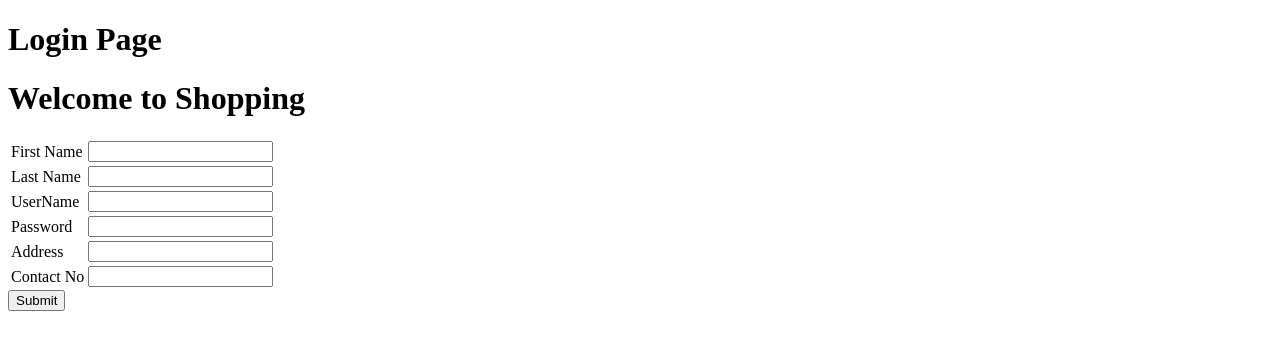
Repository: Madhurisdet/ProjectsTestAutomation
Page: http://localhost/Shopping_cart/order.jsp
The author's editor kept a copy of each file at every save. The page is drawn from the files as they stood at one save, then again after the next save.
The browser window is 1280 px wide. The pictures show the whole page.
The page is served by Tomcat 10. Other server files are loaded and not shown.

Above is the page before, as saved 2022-11-16 00:51:51.

### Shopping_cart/src/main/webapp/order.jsp
<%@ page language="java" contentType="text/html; charset=UTF-8"
    pageEncoding="UTF-8"%>
<!DOCTYPE html>
<html>
<head>
<meta charset="UTF-8">

</head>
<h1>Login Page</h1>

<body>
<h1>Welcome to Shopping</h1>
<form action="" method="post">
			<table style="with: 50%">
				<tr>
					<td>First Name</td>
					<td><input type="text" name="first_name" /></td>
				</tr>
				<tr>
					<td>Last Name</td>
					<td><input type="text" name="last_name" /></td>
				</tr>
				<tr>
					<td>UserName</td>
					<td><input type="text" name="username" /></td>
				</tr>
					<tr>
					<td>Password</td>
					<td><input type="password" name="password" /></td>
				</tr>
				<tr>
					<td>Address</td>
					<td><input type="text" name="address" /></td>
				</tr>
				<tr>
					<td>Contact No</td>
					<td><input type="text" name="contact" /></td>
				</tr></table>
			<input type="submit" value="Submit" /></form>
</body>
</html>

After the next save:
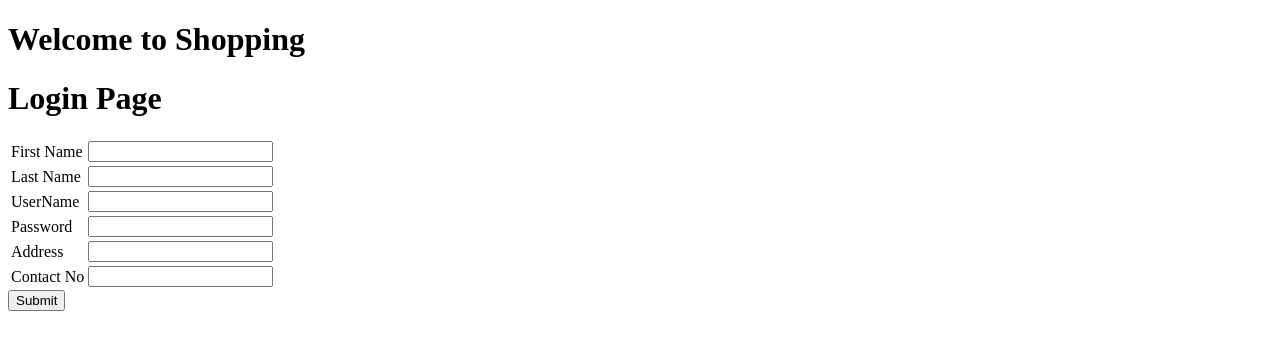
Saved 96 s later.
--- a/Shopping_cart/src/main/webapp/order.jsp
+++ b/Shopping_cart/src/main/webapp/order.jsp
@@ -6,10 +6,10 @@
 <meta charset="UTF-8">
 
 </head>
-<h1>Login Page</h1>
+<h1>Welcome to Shopping</h1>
 
 <body>
-<h1>Welcome to Shopping</h1>
+<h1>Login Page</h1>
 <form action="" method="post">
 			<table style="with: 50%">
 				<tr>
